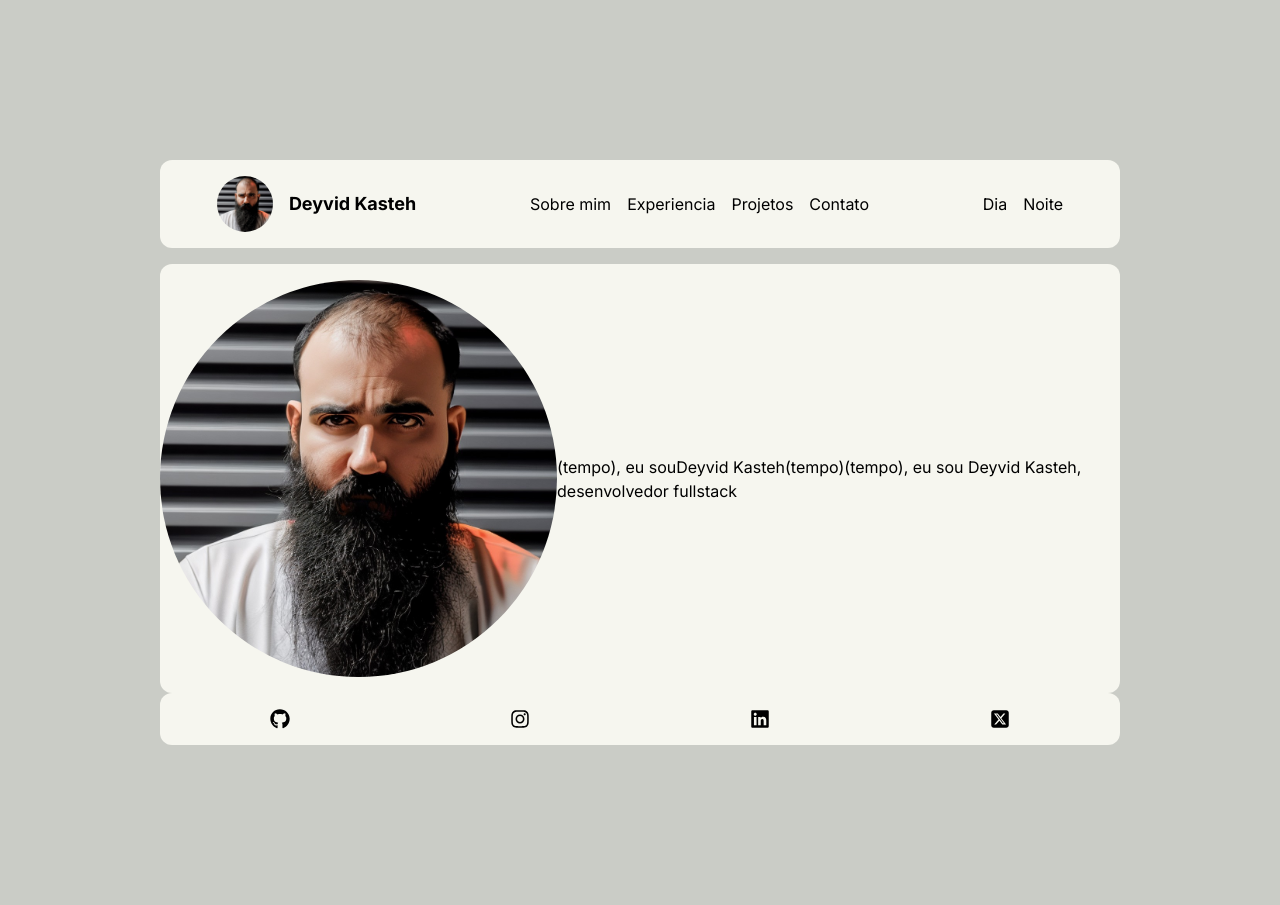
Repository: Deyvid-Kasteh/kasteh_portfolio
Page: /
These files come from the project's save history. The page is drawn as it stood at one moment and after a run of saves; the edit follows.
The browser window is 1280 px wide. The pictures show the whole page.
The project was rebuilt for these pictures with package versions that can differ from the ones it lists, and the page was loaded fresh each time. The framework's server and built-in components were replaced by stand-ins that run in the browser. Also part of the build but not shown: next.config.mjs.

Above is the page before, as saved 2024-03-26 00:57:52.

After the next 2 saves:
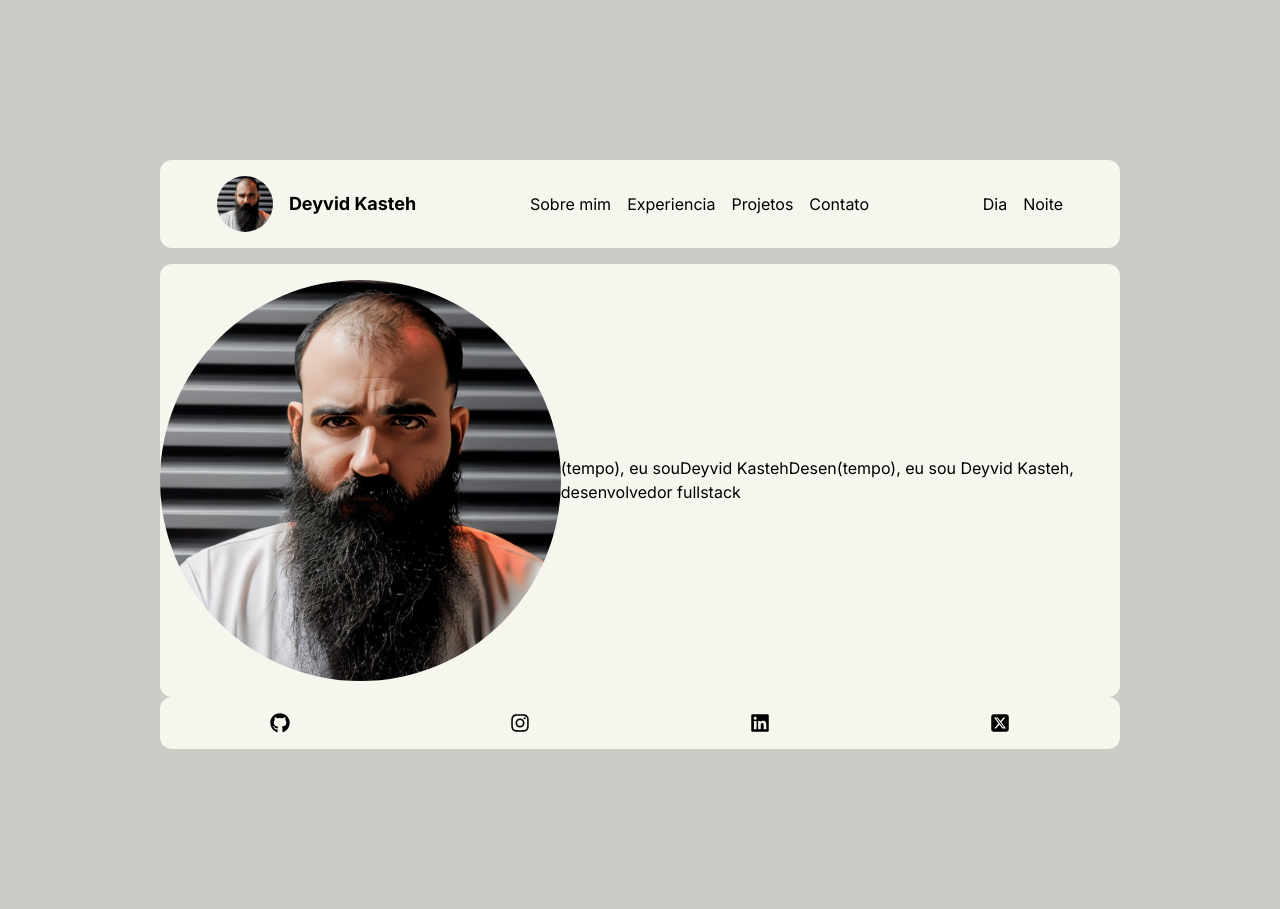
The 2 saves are shown as one change because they came seconds apart.
The last was saved 13 s later.
--- a/src/app/components/SobreMim.tsx
+++ b/src/app/components/SobreMim.tsx
@@ -10,7 +10,7 @@ const SobreMim: React.FC = () => {
       <div>
         <span>(tempo), eu sou</span>
         <span>Deyvid Kasteh</span>
-        <span>(tempo)</span>
+        <span>Desen</span>
         <span>(tempo)</span>, eu sou Deyvid Kasteh, desenvolvedor fullstack
       </div>
     </>
